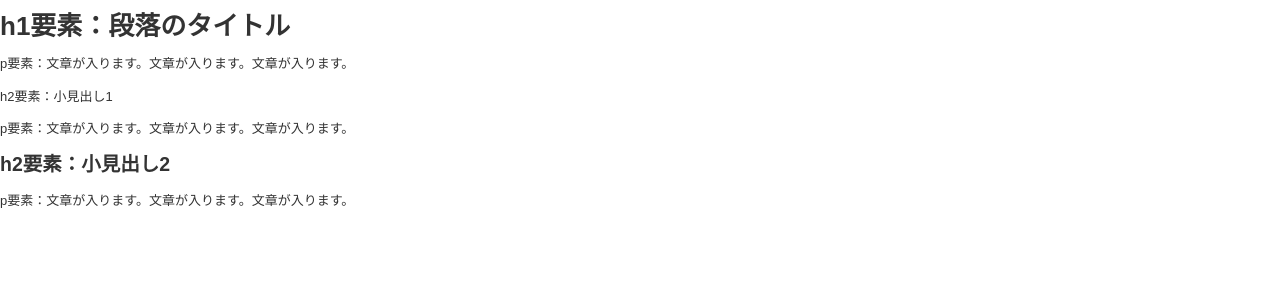
Repository: otanaoyuki/samurai_HTML-CSS
Page: index.html
The author's editor kept a record of every edit. The page is drawn from the files as they stood at one moment, then again after the next edit.
The browser window is 1280 px wide. The pictures show the whole page.

Above is the page before.

### index.html
<!DOCTYPE html>
<html lang="ja">
    <head>
        <meta charset="UTF-8">
        <title>HTML/CSSの学習</title>
            <link rel="stylesheet" href="stylesheet.css">
        <style>
            a:link{
                color:black;
            }
            a:visited{
                color:red;
            }
        </style>
    </head>
    <body>
        <h1 class="blue">h1要素：段落のタイトル</h1>
        <p>p要素：文章が入ります。文章が入ります。文章が入ります。</p>
        <a herf="sss.html>link</a>
        <h2 class="blue">h2要素：小見出し1</h2>
        <p class="fs-25">
            p要素：文章が入ります。文章が入ります。文章が入ります。
        </p>
        <h2 id="red">h2要素：小見出し2</h2>
        <p class="fw-bold">
            p要素：文章が入ります。文章が入ります。文章が入ります。
        </p>
    </body>
</html>

### stylesheet.css
@charset "utf-8";

body {
	margin: 0;
	padding: 0;
	font-family: "ヒラギノ角ゴ Pro W3", "Hiragino Kaku Gothic Pro", "メイリオ", Meiryo, Osaka, "ＭＳ Ｐゴシック", "MS PGothic", sans-serif;
	color: #333;
	font-size: 13px;
	line-height: 150%;
}

/* -------------------- wrapper -------------------- */
#wrapper {
    width: 100%;
    margin: auto;
    padding: 0px;
    border: 0px;
    background-color: #FFF;
    top: 10px;
    position: relative;
}

/* -------------------- header -------------------- */
#header {
	width: 100%;
}
#header h1 {
	margin: 0;
	padding: 0;
}

#corridor {
	width: 100%;
	height: auto;
}

/* -------------------- footer -------------------- */
#footer{
    clear:both;
    width:100%;
    padding:3px 0 3px 0;
    background-color:#39f;
    color:#fff;
    font-weight:bold;
    text-align:center;
}

/* -------------------- nav -------------------- */
#navi{
    width:100%;
}
#navi ul{
    margin:0;
    padding:0;
    list-style-type:none;
}
#navi ul li{
    float:left;
    width:20%;
    text-align:center;
}
#navi ul li a{
    display:block;
    height:20px;
    margin:0;
    padding:10px;
    color:#fff;
    font-size:20px;
    text-decoration: none;
    background-color: green;
    border-left:1px solid white;
}

#nav ul li a:hover{
    filter:drop-shadow(10px 10px 10px black);
}
/* -------------------- container -------------------- */
#container{
    width:100%;
    margin:auto;
    padding:auto;
    padding-top:20px;
    clear:both;
}
 /* -------------------- main -------------------- */
#main{
    float: left;
    width:60%;
    padding:10px 30px 10px 10px;
 }
#main h2{
    margin:0 0 10px 0;
    padding:3px 10px 3px 10px;
    color:#fff;
    font-size:16px;
    border-left:solid 10px #c00;
    background: #f90 url(../images/main_h2.jpg) right top repeat-y;
}
#main p{
    margin:0;
    padding:0;
}
#main .post{
    margin:0 0 30px 0;
}
#main .post img.right{
    margin:0 0 0 8px;
}
#main .post img.left{
    margin:0 8px 0 0;
}
.right{
    float:right;
    width:40%;
    height:auto;
}
.left{
    float:left;
    width:40%;
    height:auto;
}
/* -------------------- clearfix -------------------- */
.clearfix {
    zoom: 1;
}
.clearfix:after{
    content: "";
    display: block;
    clear: both;
}

/* -------------------- side -------------------- */
#side {
	float: right;
	width: 30%;
	padding: 20px;
	background-color: #F99;
}
#side .box {
	margin: 0 auto 30px auto;
	padding: 0 0 20px 0;
	background: url(images/side_box.png) bottom no-repeat;
}
#side .box h2 {
	margin: 0;
	padding: 8px;
	text-align: center;
	color: #fff;
	font-size: 16px;
	line-height: 16px;
	font-weight: normal;
	background: url(images/side_box_h2.png) center no-repeat;
}
#side .box .boxBody {
	padding: 8px;
	border-right: solid 1px #C36;
	border-bottom: solid 1px #C36;
	border-left: solid 1px #C36;
	background: #fff;
}
#side .box .boxBody ul {
	margin: 0 0 16px 0;
	padding: 0;
}
#side .box .boxBody ul li {
	padding: 8px 0 8px 4px;
	list-style: none;
	border-bottom: solid 1px #C36;
}

After the next edit:
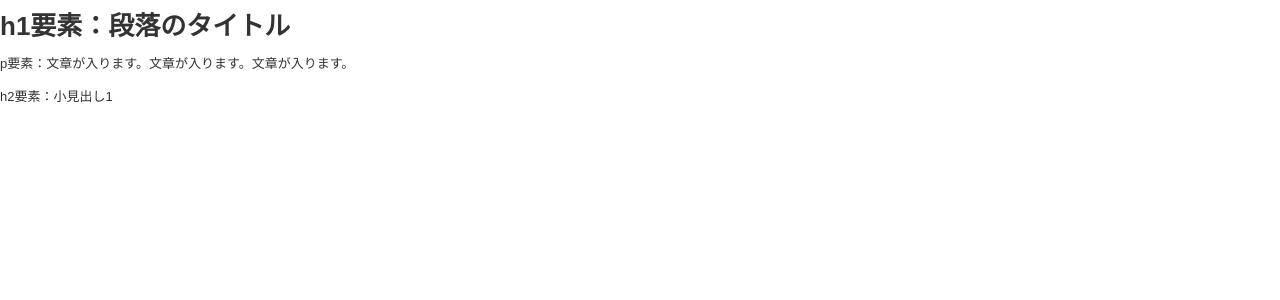
The edit:
--- a/index.html
+++ b/index.html
@@ -18,12 +18,5 @@
         <p>p要素：文章が入ります。文章が入ります。文章が入ります。</p>
         <a herf="sss.html>link</a>
         <h2 class="blue">h2要素：小見出し1</h2>
-        <p class="fs-25">
-            p要素：文章が入ります。文章が入ります。文章が入ります。
-        </p>
-        <h2 id="red">h2要素：小見出し2</h2>
-        <p class="fw-bold">
-            p要素：文章が入ります。文章が入ります。文章が入ります。
-        </p>
     </body>
 </html>
